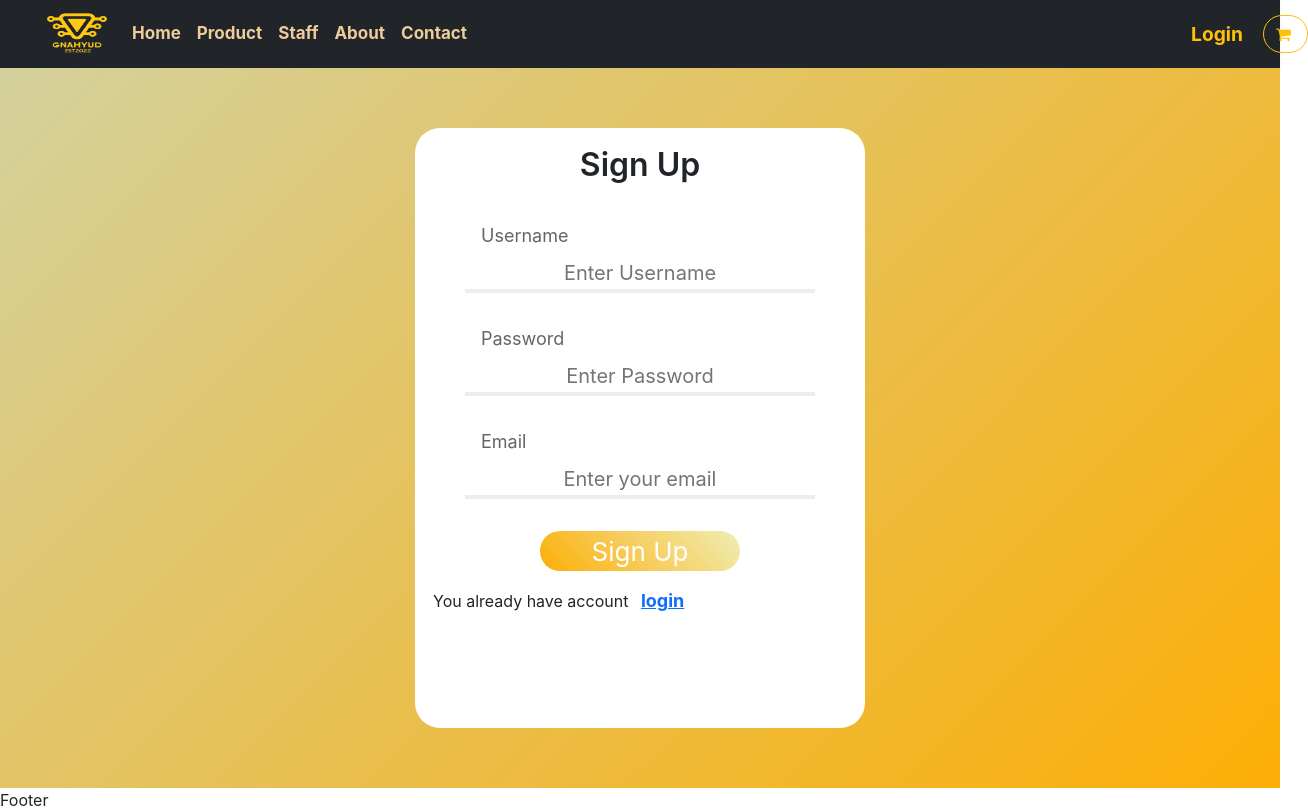
Repository: HoangDuy315/guitar_mern
Page: /signup (app in client/)
An editor plug-in stored every save of this project. The page is shown before and after a run of saves, followed by the edit.
The browser window is 1280 px wide. The page is 1308 px wide, so the pictures cover 1308 px, including what lies to the right of the window. The pictures show the whole page.
The page's requests for data from a server got no answer. The project was rebuilt for these pictures with package versions that can differ from the ones it lists, and the page was loaded fresh each time. No one was signed in, and anything a server would have sent is missing. Also part of the build but not shown: client/src/App.css, client/src/Data.js, client/src/components/Product.jsx, client/src/components/Staff.jsx, client/src/components/About.jsx, client/src/components/Contact.jsx, client/src/components/Carousel.jsx, client/src/components/Home.jsx and 8 more.

Above is the page before, as saved 2022-11-29 11:40:53.

### client/src/index.js
import React from "react";
import ReactDOM from "react-dom/client";
import { BrowserRouter } from "react-router-dom";
import "../node_modules/bootstrap/dist/css/bootstrap.min.css";
import "../node_modules/bootstrap/dist/js/bootstrap.bundle";
import "./index.css";
import "font-awesome/css/font-awesome.min.css";
import App from "./App";

const root = ReactDOM.createRoot(document.getElementById("root"));
root.render(
  <BrowserRouter>
    <App />
  </BrowserRouter>
);

### client/src/index.css
body {
  margin: 0;
  font-family: -apple-system, BlinkMacSystemFont, "Segoe UI", "Roboto", "Oxygen",
    "Ubuntu", "Cantarell", "Fira Sans", "Droid Sans", "Helvetica Neue",
    sans-serif;
  -webkit-font-smoothing: antialiased;
  -moz-osx-font-smoothing: grayscale;
}

code {
  font-family: source-code-pro, Menlo, Monaco, Consolas, "Courier New",
    monospace;
}

/* Navbar */
.navbar-nav li {
  font-size: 17px;
}
.navbar-brand {
  letter-spacing: 6px;
}

.card {
  transition: all 0.5s ease;
}

.card:hover {
  transform: scale(1.1);
  box-shadow: 5px 5px 10px rgba(0, 0, 0, 0.5);
}

#home {
  background: url("./assets/logo.png") rgba(0, 0, 0, 0.7);
  background-blend-mode: overlay;
  min-height: 600px;
  background-size: cover;
  background-position: center;
  background-repeat: no-repeat;
  margin-top: 0.3px;
}

.sendd {
  background-size: cover;
  background-blend-mode: overlay;
  background-position: center;
  background-repeat: no-repeat;
  position: relative;
  left: 50%;
  right: 50%;
  margin-left: -50vw;
  margin-right: -50vw;
  max-width: 100vw;
  width: 100vw;
}

/* product */
.product img {
  transition: all 0.5s ease;
}
.product img:hover {
  transform: scale(1.1);
}

/* buynow */
.buynowimg {
  margin-left: -50px;
  width: 90%;
  height: 90%;
}

.title {
  margin-top: -45px;
  font-size: 40px;
}
.price {
  margin-top: -55px;
}
.desc {
  font-size: 16px;
}

/* serve */
.serve {
  list-style: none;
  margin-left: -15px;
}
.icon {
  margin-right: 20px;
  color: salmon;
}

/* symbol */
.symbol0 {
  margin-left: 270px;
  margin-top: 30px;
  display: flex;
  align-items: center;
  cursor: pointer;
}
.symbol {
  width: 50%;
  height: 50%;
  transition: all 0.5s ease;
  border: 1px solid rgb(237, 191, 52);
  border-radius: 100px;
}
.symbol:hover {
  transform: scale(1.1);
  box-shadow: 5px 5px 10px rgba(0, 0, 0, 0.5);
}

### client/src/App.js
import "./App.css";
import Header from "./components/Header";
import Footer from "./components/Footer";
import Home from "./components/Home";
import About from "./components/About";
import Product from "./components/Product";
import Contact from "./components/Contact";
import Staff from "./components/Staff";
import { Route, Redirect, Switch } from "react-router-dom";
import InfoStaff from "./components/InfoStaff";
import Login from "./components/buttons/login/Login";
import Signup from "./components/buttons/signup/Signup";
import Logout from "./components/Logout";
import ProtectedRoute from "./ProtectedRoute";
import { useEffect, useState } from "react";
import BuyNow from "./components/BuyNow";
import Cart from "./components/Cart";
import Checkout from "./components/Checkout";

function App() {
  const [auth, setAuth] = useState(false);
  const [auth1, setAuth1] = useState(true);

  const isLoggedIn = async () => {
    try {
      const res = await fetch("/auth", {
        method: "GET",
        headers: {
          Accept: "application/json",
          "Content-Type": "application/json",
        },
        credentials: "include",
      });

      // status login
      if (res.status === 200) {
        setAuth(true);
        setAuth1(false);
      }
      // status logout
      if (res.status === 401) {
        setAuth(false);
        setAuth1(true);
      }
    } catch (error) {
      console.log(error);
    }
  };

  useEffect(() => {
    isLoggedIn();
  }, []);

  return (
    <>
      <Header auth={auth1} />
      <Switch>
        <Route exact path="/" component={Home} />
        <Route exact path="/products" component={Product} />
        <ProtectedRoute
          exact
          path="/products/:id"
          component={BuyNow}
          auth={auth}
        />
        <Route exact path="/staff" component={Staff} />
        <ProtectedRoute exact path="/signup" component={Signup} auth={auth1} />
        <ProtectedRoute exact path="/login" component={Login} auth={auth1} />
        <ProtectedRoute exact path="/logout" component={Logout} auth={auth} />
        <Route exact path="/infostaff" component={InfoStaff} />
        <Route exact path="/about" component={About} />
        <Route exact path="/checkout" component={Checkout} />
        <Route exact path="/contact" component={Contact} />
        <ProtectedRoute exact path="/cart" component={Cart} auth={auth} />
        <Redirect to="/" />
      </Switch>
      <Footer />
    </>
  );
}

export default App;

### client/src/components/Header.jsx
import React from "react";
import { NavLink } from "react-router-dom";
import LOGO from "../assets/logo1.png";
import "../style/style.css";

const Header = () => {
  return (
    <>
      <nav className="navbar navbar-expand-lg navbar-light bg-dark shadow-sm border-light">
        <div className="container-fluid py-1">
          <button
            className="navbar-toggler "
            type="button"
            data-bs-toggle="collapse"
            data-bs-target="#navbarSupportedContent"
            aria-controls="navbarSupportedContent"
            aria-expanded="false"
            aria-label="Toggle navigation"
          >
            <span className="navbar-toggler-icon "></span>
          </button>

          <div
            className="collapse navbar-collapse show"
            id="navbarSupportedContent"
          >
            <a class="navbar-brand fs-5 text-warning" href="/">
              <img src={LOGO} alt="Logo" className="logo" />
            </a>
            <ul className="kkk navbar-nav me-2 px-2 mb-2 mb-lg-0">
              <li className="nav-item">
                <NavLink
                  className="nav-link text-light fw-bold"
                  aria-current="page"
                  to="/"
                >
                  <div className="hihi">Home</div>
                </NavLink>
              </li>

              <li className="nav-item">
                <NavLink className="nav-link text-light fw-bold" to="/products">
                  <div className="hihi">Product</div>
                </NavLink>
              </li>

              <li className="nav-item">
                <NavLink className="nav-link text-light fw-bold" to="/staff">
                  <div className="hihi">Staff</div>
                </NavLink>
              </li>

              <li className="nav-item">
                <NavLink className="nav-link text-light fw-bold" to="/about">
                  <div className="hihi">About</div>
                </NavLink>
              </li>

              <li className="nav-item">
                <NavLink className="nav-link text-light fw-bold" to="/contact">
                  <div className="hihi">Contact</div>
                </NavLink>
              </li>
            </ul>
            {/* <NavLink className="navbar-brand mx-auto fw-bold text-warning fs-4" to="/">GNAHYUD</NavLink> */}

            <NavLink className="login text-warning" to="/login">
              Login
            </NavLink>

            {/* Cart */}
            <div className="">
              <NavLink
                to="/cart"
                className="btn btn-outline-warning rounded-pill ms-2"
              >
                <span className="fa fa-shopping-cart me-1"></span>
              </NavLink>
            </div>
            {/* Cart */}
          </div>
        </div>
      </nav>
    </>
  );
};

export default Header;

### client/src/components/buttons/signup/Signup.jsx
import "./Signup.css";
import { NavLink } from "react-router-dom";

function Signup() {
  return (
    <>
      <form>
        <div className="signup-container">
          <div className="signup-content">
            <h1 className="signup-title">Sign Up</h1>
            <div className="signup-input-form">
              <span className="signup-input-span">Username</span>
              <input
                type="text"
                required
                className="signup-input-box"
                placeholder="Enter Username"
                onChange={(e) => e.target.value}
              ></input>
            </div>

            <div className="signup-input-form">
              <span className="signup-input-span">Password</span>
              <input
                required
                type="password"
                className="signup-input-box"
                placeholder="Enter Password"
                onChange={(e) => e.target.value}
              ></input>
            </div>
            <div className="signup-input-form">
              <span className="signup-input-span">Email</span>
              <input
                type="email"
                required
                className="signup-input-box"
                placeholder="Enter your email"
                onChange={(e) => e.target.value}
              ></input>
            </div>
            <button className="btn-signup">Sign Up</button>
            <div className="signup__have-account">
              <span>
                You already have account{" "}
                <NavLink
                  className="NavLink__to-login"
                  to="/login"
                  onClick={this}
                >
                  <strong>login</strong>
                </NavLink>
              </span>
            </div>
          </div>
        </div>
      </form>
    </>
  );
}

export default Signup;

### client/src/ProtectedRoute.js
import React from "react";
import { Redirect, Route } from "react-router-dom";

const ProtectedRoute = ({ auth, component: Component, ...rest }) => {
  return (
    <div>
      <Route
        {...rest}
        render={(props) => {
          if (auth) return <Component {...props} />;
          if (!auth)
            return (
              <Redirect to={{ path: "/", state: { from: props.location } }} />
            );
        }}
      />
    </div>
  );
};

export default ProtectedRoute;

### client/src/style/style.css
/* card */
.card {
  cursor: pointer;
}
/* navbar class is hihi */
.hihi {
  color: rgb(237, 204, 156);
  transition: all 0.5s ease;
}
.hihi:hover {
  transform: scale(1.2);
}

/* class footer */
.tt {
  transition: all 0.5s ease;
  cursor: pointer;
}
.tt:hover {
  transform: scale(1.1);
}
/* class footer */
.dmac {
  padding-right: 5px;
  padding-top: 10px;
  padding-bottom: 10px;
  border-left: 1%;
  transition: all 0.5s ease;
}
.dmac:hover {
  transform: scale(1.1);
}
/* class footer */
.dmaca {
  transition: all 0.5s ease;
}
.dmaca:hover {
  transform: scale(1.1);
}

/* class carousel */
.cardd {
  width: 60vh;
  justify-content: center;
  height: 400px;
  margin-top: -50px;
  transition: all 0.5s ease;
  cursor: pointer;
}

.cardd:hover {
  transform: scale(1.1);
}

.carousel {
  background: rgba(237, 231, 198, 0.7);
  position: relative;
  left: 50%;
  right: 50%;
  height: 550px;
  margin-left: -50vw;
  margin-right: -50vw;
  width: 100%;
}

.bd_left {
  border-left: 4px solid rgba(233, 174, 57, 0.975);
  margin-left: 10px;
  margin-right: 5px;
}

.yud {
  color: rgb(75, 74, 73);
}

.cart {
  margin-top: -5px;
  margin-left: 2px;
  height: 20px;
  /* color: rgb(151, 148, 142); */
  transition: all 0.5s ease;
}
.cart:hover {
  transform: scale(1.3);
}

.heart {
  margin-top: -4px;
  height: 20px;
  color: rgb(244, 102, 102);
  cursor: pointer;
  transition: all 0.5s ease;
}
.heart:hover {
  transform: scale(1.4);
}

/* class contact */
.ctact {
  margin-top: 10px;
  border-radius: 50%;
  height: 60vh;
  width: 60vh;
  transition: all 0.5s ease;
  border: 1px solid black;
}
.ctact2 {
  margin-top: 10px;
  border-radius: 50%;
  height: 60vh;
  width: 60vh;
  transition: all 0.5s ease;
  border: 3px solid rgb(233, 185, 42);
  margin-left: -80px;
}
.ctact:hover {
  transform: scale(1.1);
  box-shadow: 5px 5px 10px rgba(0, 0, 0, 0.5);
}
.ctact2:hover {
  transform: scale(1.1);
  box-shadow: 5px 5px 10px rgba(241, 196, 90, 0.5);
}

/* Nav */
.kkk {
  margin-left: -15px;
}

.logo {
  width: 100px;
  height: 60px;
  margin-left: 15px;
  margin-right: -12px;
  margin-bottom: -13px;
  margin-top: -13px;
  /* transition: all 0.5s ease; */
}
/* Màu mè logo */
/* .logo:hover {
      transform: scale(1.3);
  } */

.login {
  margin-left: 700px;
  margin-right: 12px;
  color: rgb(237, 204, 156);
  transition: all 0.5s ease;
  font-size: larger;
  text-decoration: none;
  font-weight: bold;
}
.login:hover {
  transform: scale(1.2);
}

.logout {
  transition: all 0.5s ease;
  font-size: larger;
  text-decoration: none;
  font-weight: bold;
  margin-left: 10px;
  margin-right: 10px;
}
.logout:hover {
  transform: scale(1.1);
}

/* product - buynow */
.buynoww {
  text-decoration: none;
}

/* empty */
.empty {
  width: 600px;
  height: 500px;
  margin: auto;
  margin-left: 330px;
}

/* redeem */
.redeem {
  margin: auto;
  width: 100%;
  font-weight: bold;
}

.total {
  border-radius: 20px;
}

### client/src/components/buttons/signup/Signup.css
.signup-container {
  width: 100%;
  height: 100vh;
  background: linear-gradient(
    135deg,
    rgb(212, 209, 157) 0%,
    rgb(252, 174, 6) 100%
  );
  /* background: linear-gradient(135deg, rgba(34,193,195,1) 0%,     rgba(253,187,45,1) 100%); */
  background-color: #f0f5f8;

  position: relative;
  box-sizing: border-box;
}
.signup-content {
  position: absolute;
  left: 0;
  top: 0;
  right: 0;
  bottom: 0;
  margin: auto;
  width: 450px;
  height: 600px;
  background-color: white;
  border-radius: 25px;
  padding: 18px;
}
.signup-title {
  text-align: center;
  font-size: 32px;
  font-weight: 600;
  margin-bottom: 38px;
}
.signup-input-form {
  margin: 32px;
}
.signup-input-span {
  display: block;
  font-weight: 500px;
  font-size: 18px;
  opacity: 0.7;
  margin: 8px 16px;
}
.signup-input-box {
  width: 100%;
  outline: none;
  border: none;
  border-bottom: 4px solid rgba(204, 204, 204, 0.356);
  text-align: center;
  font-size: 20px;
  margin: 0;
}
.btn-signup {
  width: 100%;
  background: linear-gradient(
    225deg,
    rgb(240, 238, 182) 0%,
    rgb(252, 174, 6) 100%
  );
  /* background: linear-gradient(135deg, rgba(34,193,195,1) 0%,     rgba(253,187,45,1) 100%); */
  color: white;
  font-size: 26px;
  font-weight: 500px;
  border-radius: 25px;
  border: none;
}
.btn-signup {
  width: 200px;
  margin-left: calc(50% - 100px);
  height: 40px;
  background: linear-gradient(
    225deg,
    rgb(240, 238, 182) 0%,
    rgb(252, 174, 6) 100%
  );
  /* background: linear-gradient(135deg, rgba(34,193,195,1) 0%,     rgba(253,187,45,1) 100%); */
  color: white;
  font-size: 26px;
  font-weight: 500px;
  border-radius: 25px;
  border: none;
}
.btn-signup:hover {
  cursor: pointer;
  /* background: linear-gradient(45deg, rgb(56, 235, 65) 0%,     rgb(45, 80, 235) 100%); */
  background: linear-gradient(
    45deg,
    rgb(240, 238, 182) 0%,
    rgb(252, 174, 6) 100%
  );
}
.signup__have-account {
  margin-top: 16px;
}
.btn__singup-route {
  text-decoration: none;
  color: white;
}
strong {
  font-size: 18px;
  margin: 0 8px;
}
strong:hover {
  opacity: 0.8;
}

Loaded but not shown: client/public/index.html (common file); client/src/components/Footer.jsx (common file)

After the next 2 saves:
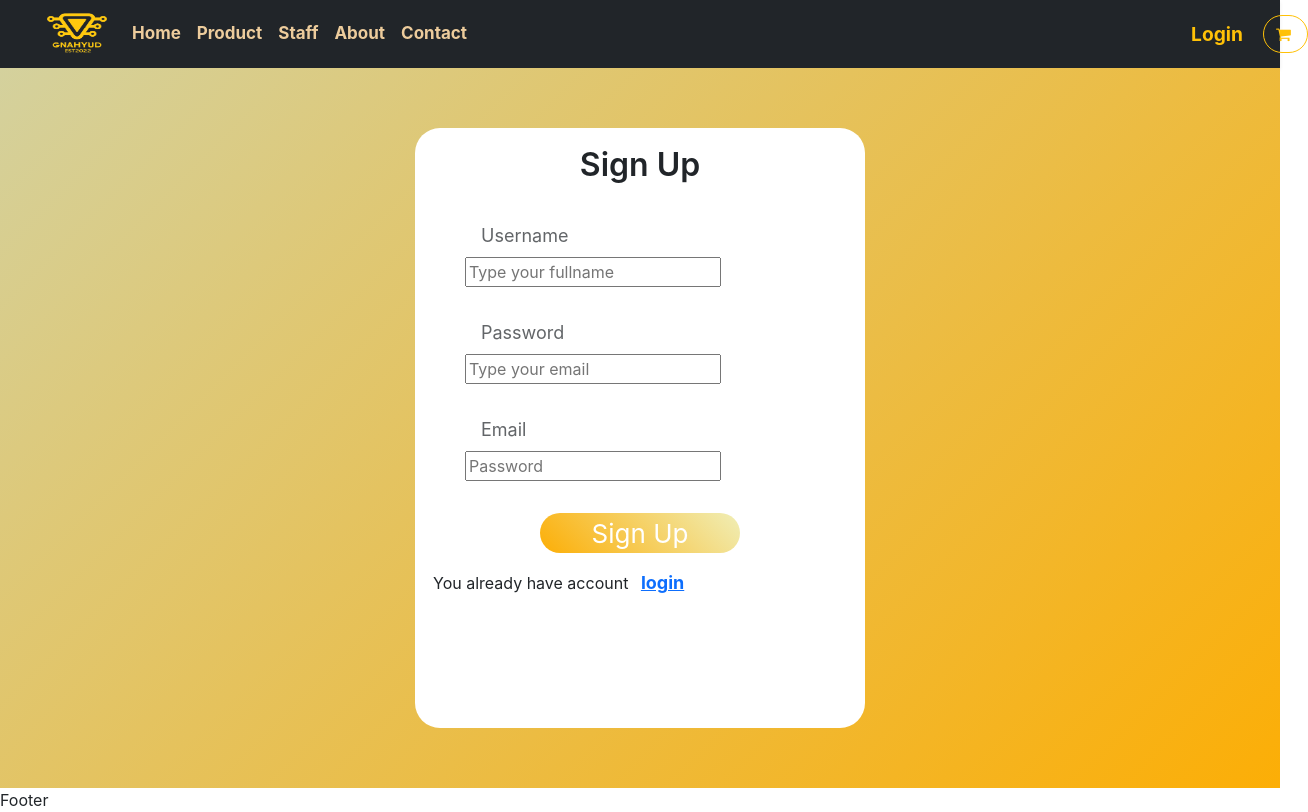
The 2 saves are shown as one change because 1 did not build or start.
The last was saved 3 min 30 s later.
--- a/client/src/components/buttons/signup/Signup.jsx
+++ b/client/src/components/buttons/signup/Signup.jsx
@@ -1,56 +1,109 @@
 import "./Signup.css";
-import { NavLink } from "react-router-dom";
+import { NavLink, useHistory } from "react-router-dom";
+import { useState } from "react";
 
 function Signup() {
+  const history = useHistory();
+
+  const [user, setUser] = useState({
+    username: "",
+    email: "",
+    password: "",
+  });
+
+  // handle inputs
+  const handleInput = (event) => {
+    let name = event.target.name;
+    let value = event.target.value;
+
+    setUser({ ...user, [name]: value });
+  };
+
+  // handle submit
+  const handleSubmit = async (event) => {
+    event.preventDefault();
+    const { username, email, password } = user;
+    try {
+      const res = await fetch("/signup", {
+        method: "POST",
+        headers: {
+          "Content-type": "application/json",
+        },
+        body: JSON.stringify({
+          username,
+          email,
+          password,
+        }),
+      });
+
+      if (res.status === 400 || !res) {
+        window.alert("This email has been used!!!");
+      } else {
+        window.alert("Signup Successfully!!!");
+        history.pushState("/login");
+        window.location.reload();
+      }
+    } catch (error) {
+      console.log(error);
+    }
+  };
+
   return (
     <>
       <form>
         <div className="signup-container">
           <div className="signup-content">
             <h1 className="signup-title">Sign Up</h1>
-            <div className="signup-input-form">
-              <span className="signup-input-span">Username</span>
-              <input
-                type="text"
-                required
-                className="signup-input-box"
-                placeholder="Enter Username"
-                onChange={(e) => e.target.value}
-              ></input>
-            </div>
+            <div onSubmit={handleSubmit} method="POST">
+              <div className="signup-input-form">
+                <span className="signup-input-span">Username</span>
+                <input
+                  type="Name"
+                  className="box"
+                  placeholder="Type your fullname"
+                  name="username"
+                  value={user.username}
+                  onChange={handleInput}
+                />
+              </div>
 
-            <div className="signup-input-form">
-              <span className="signup-input-span">Password</span>
-              <input
-                required
-                type="password"
-                className="signup-input-box"
-                placeholder="Enter Password"
-                onChange={(e) => e.target.value}
-              ></input>
-            </div>
-            <div className="signup-input-form">
-              <span className="signup-input-span">Email</span>
-              <input
-                type="email"
-                required
-                className="signup-input-box"
-                placeholder="Enter your email"
-                onChange={(e) => e.target.value}
-              ></input>
-            </div>
-            <button className="btn-signup">Sign Up</button>
-            <div className="signup__have-account">
-              <span>
-                You already have account{" "}
-                <NavLink
-                  className="NavLink__to-login"
-                  to="/login"
-                  onClick={this}
-                >
-                  <strong>login</strong>
-                </NavLink>
-              </span>
+              <div className="signup-input-form">
+                <span className="signup-input-span">Password</span>
+                <input
+                  type="Email"
+                  className="box"
+                  placeholder="Type your email"
+                  name="email"
+                  value={user.email}
+                  onChange={handleInput}
+                />
+              </div>
+              <div className="signup-input-form">
+                <span className="signup-input-span">Email</span>
+                <input
+                  type="Password"
+                  className="box"
+                  placeholder="Password"
+                  name="password"
+                  value={user.password}
+                  onChange={handleInput}
+                />
+              </div>
+              <button className="btn-signup" type="submit">
+                Sign Up
+              </button>
+              <div className="signup__have-account">
+                <span>
+                  You already have account{" "}
+                  <NavLink
+                    className="NavLink__to-login"
+                    to="/login"
+                    onClick={this}
+                  >
+                    <strong>login</strong>
+                  </NavLink>
+                </span>
+              </div>
             </div>
           </div>
         </div>
